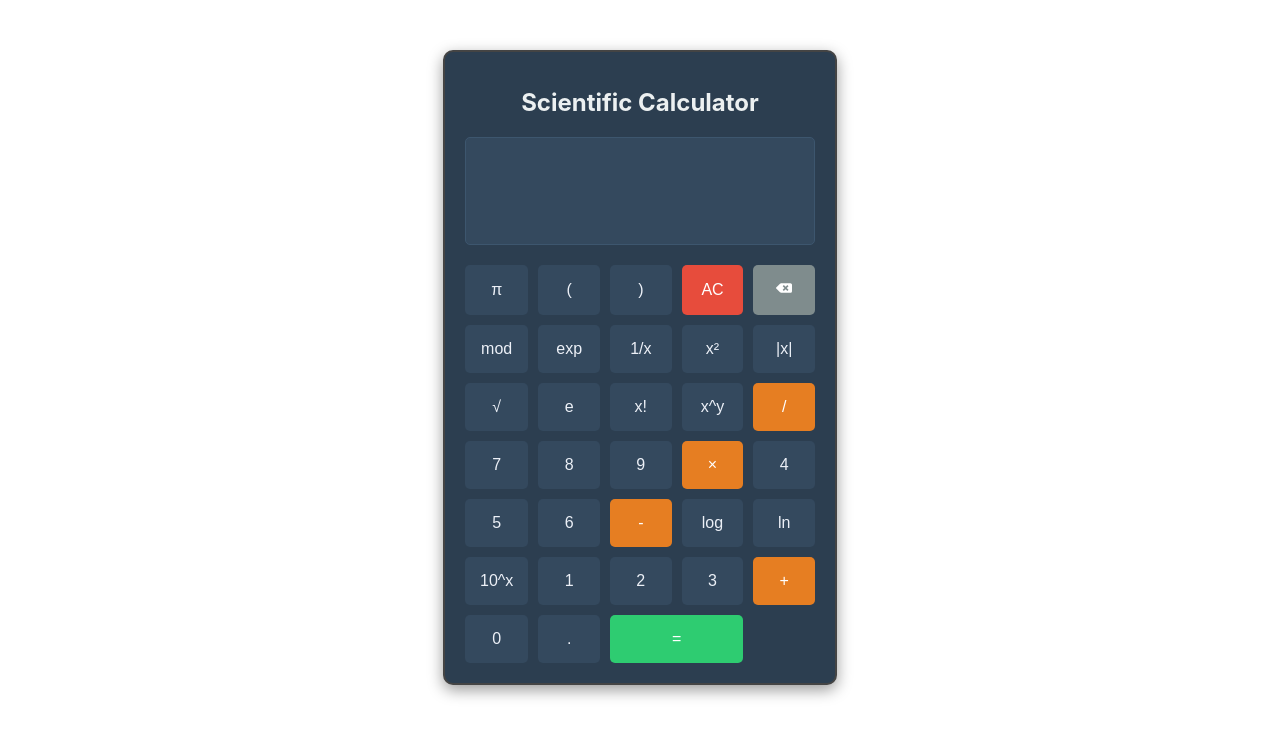
Repository: thesaherriaz/Calculator-React
Page: /
These files come from the project's save history. The page is drawn as it stood at one moment and after a run of saves; the edit follows.
The browser window is 1280 px wide. The pictures show the whole page.
The project was rebuilt for these pictures with package versions that can differ from the ones it lists, and the page was loaded fresh each time.

Above is the page before, as saved 2025-06-20 12:46:27.

### public/index.html
<!DOCTYPE html>
<html lang="en">
  <head>
    <meta charset="utf-8" />
    <link rel="icon" href="%PUBLIC_URL%/favicon.ico" />
    <meta name="viewport" content="width=device-width, initial-scale=1" />
    <meta name="theme-color" content="#000000" />
    <meta
      name="description"
      content="Web site created using create-react-app"
    />
    <link rel="apple-touch-icon" href="%PUBLIC_URL%/logo192.png" />
    <link rel="stylesheet" href="https://cdnjs.cloudflare.com/ajax/libs/font-awesome/6.0.0/css/all.min.css">
    <!--
      manifest.json provides metadata used when your web app is installed on a
      user's mobile device or desktop. See https://developers.google.com/web/fundamentals/web-app-manifest/
    -->
    <link rel="manifest" href="%PUBLIC_URL%/manifest.json" />
    <!--
      Notice the use of %PUBLIC_URL% in the tags above.
      It will be replaced with the URL of the `public` folder during the build.
      Only files inside the `public` folder can be referenced from the HTML.

      Unlike "/favicon.ico" or "favicon.ico", "%PUBLIC_URL%/favicon.ico" will
      work correctly both with client-side routing and a non-root public URL.
      Learn how to configure a non-root public URL by running `npm run build`.
    -->
    <title>React App</title>
  </head>
  <body>
    <noscript>You need to enable JavaScript to run this app.</noscript>
    <div id="root"></div>
    <!--
      This HTML file is a template.
      If you open it directly in the browser, you will see an empty page.

      You can add webfonts, meta tags, or analytics to this file.
      The build step will place the bundled scripts into the <body> tag.

      To begin the development, run `npm start` or `yarn start`.
      To create a production bundle, use `npm run build` or `yarn build`.
    -->
  </body>
</html>

### src/App.js
import React from 'react'
import Calculator from './compnents/Calculator'

function App() {
  return (
    <Calculator />
  )
}

export default App

### src/compnents/Calculator.jsx
import React, { useState } from 'react';
import './Calculator.css';
import { FaBackspace } from "react-icons/fa";

function Calculator() {
    const [input, setInput] = useState('');
    const [result, setResult] = useState('');

    const handleClick = (value) => {
        if (value === 'AC') {
            setInput('');
            setResult('');
        } else if (value === 'DEL') {
            setInput(prev => prev.slice(0, -1));
        } else if (value === '=') {
            calculateResult();
        } else if (value === '√') {
            setInput(prev => `Math.sqrt(${prev})`);
        } else if (value === 'x²') {
            setInput(prev => `Math.pow(${prev},2)`);
        } else if (value === 'x^y') {
            setInput(prev => `${prev}^`);
        } else if (value === '1/x') {
            setInput(prev => `1/(${prev})`);
        } else if (value === 'log') {
            setInput(prev => `Math.log10(${prev})`);
        } else if (value === 'ln') {
            setInput(prev => `Math.log(${prev})`);
        } else if (value === 'π') {
            setInput(prev => prev + 'Math.PI');
        } else if (value === 'e') {
            setInput(prev => prev + 'Math.E');
        } else if (value === '10^x') {
            setInput(prev => `Math.pow(10,${prev})`);
        } else if (value === 'x!') {
            setInput(prev => `factorial(${prev})`);
        } else {
            setInput(prev => prev + value);
        }
    };

    const factorial = (n) => {
        if (n < 0) return NaN;
        if (n <= 1) return 1;
        return n * factorial(n - 1);
    };

    const calculateResult = () => {
        try {
            // Replace ^ with ** for exponentiation
            let expression = input.replace(/\^/g, '**');
            // Evaluate the expression
            setResult(eval(expression).toString());
        } catch (error) {
            setResult('Error');
        }
    };

    return (
        <div className="calculator">
            <h1>Scientific Calculator</h1>
            <div className="display">
                <div className="input">{input}</div>
                <div className="result">{result}</div>
            </div>
            <div className="buttons">
                <button onClick={() => handleClick('π')}>π</button>
                <button onClick={() => handleClick('(')}>(</button>
                <button onClick={() => handleClick(')')}>)</button>
                <button onClick={() => handleClick('AC')} className="clear">AC</button>
                <button onClick={() => handleClick('DEL')} className="delete"><FaBackspace /></button>

                <button onClick={() => handleClick('mod')}>mod</button>
                <button onClick={() => handleClick('exp')}>exp</button>
                <button onClick={() => handleClick('1/x')}>1/x</button>
                <button onClick={() => handleClick('x²')}>x²</button>
                <button onClick={() => handleClick('Math.abs()')}>|x|</button>

                <button onClick={() => handleClick('√')}>√</button>
                <button onClick={() => handleClick('e')}>e</button>
                <button onClick={() => handleClick('x!')}>x!</button>
                <button onClick={() => handleClick('x^y')}>x^y</button>
                <button className="operator" onClick={() => handleClick('/')}>/</button>

                <button onClick={() => handleClick('7')}>7</button>
                <button onClick={() => handleClick('8')}>8</button>
                <button onClick={() => handleClick('9')}>9</button>
                <button className="operator" onClick={() => handleClick('*')}>×</button>

                <button onClick={() => handleClick('4')}>4</button>
                <button onClick={() => handleClick('5')}>5</button>
                <button onClick={() => handleClick('6')}>6</button>
                <button className="operator" onClick={() => handleClick('-')}>-</button>

                <button onClick={() => handleClick('log')}>log</button>
                <button onClick={() => handleClick('ln')}>ln</button>
                <button onClick={() => handleClick('10^x')}>10^x</button>

                <button onClick={() => handleClick('1')}>1</button>
                <button onClick={() => handleClick('2')}>2</button>
                <button onClick={() => handleClick('3')}>3</button>
                <button className="operator" onClick={() => handleClick('+')}>+</button>

                <button onClick={() => handleClick('0')}>0</button>
                <button onClick={() => handleClick('.')}>.</button>
                <button className="equals" onClick={() => handleClick('=')}>=</button>
            </div>
        </div>
    );
}

export default Calculator;

### src/compnents/Calculator.css
.calculator {
    width: 350px;
    margin: 50px auto;
    border: 2px solid #444;
    border-radius: 10px;
    padding: 20px;
    background-color: #2c3e50;
    box-shadow: 0 5px 15px rgba(0, 0, 0, 0.4);
    color: white;
}

.calculator h1 {
    text-align: center;
    color: #ecf0f1;
    margin-bottom: 20px;
    font-size: 1.5em;
}

.display {
    background-color: #34495e;
    border: 1px solid #3d566e;
    border-radius: 5px;
    padding: 15px;
    margin-bottom: 20px;
    text-align: right;
    min-height: 70px;
}

.input {
    font-size: 1.2em;
    color: #bdc3c7;
    min-height: 1.2em;
    margin-bottom: 10px;
    word-wrap: break-word;
}

.result {
    font-size: 1.8em;
    font-weight: bold;
    color: #ecf0f1;
    min-height: 1.5em;
    word-wrap: break-word;
}

.buttons {
    display: grid;
    grid-template-columns: repeat(5, 1fr);
    grid-gap: 10px;
}

button {
    padding: 15px;
    font-size: 1em;
    border: none;
    border-radius: 5px;
    background-color: #34495e;
    color: #ecf0f7;
    cursor: pointer;
    transition: all 0.2s;
}

button:hover {
    background-color: #3d566e;
}

button:active {
    transform: scale(0.95);
}

.operator {
    background-color: #e67e22;
    color: white;
}

.operator:hover {
    background-color: #d35400;
}

.clear {
    background-color: #e74c3c;
    color: white;
}

.clear:hover {
    background-color: #c0392b;
}

.delete {
    background-color: #7f8c8d;
    color: white;
}

.delete:hover {
    background-color: #95a5a6;
}

.equals {
    background-color: #2ecc71;
    color: white;
    grid-column: span 2;
}

.equals:hover {
    background-color: #27ae60;
}

/* Scientific buttons
button:nth-child(1),
button:nth-child(2),
button:nth-child(3),
button:nth-child(4),
button:nth-child(5),
button:nth-child(6),
button:nth-child(11),
button:nth-child(12),
button:nth-child(13),
button:nth-child(14),
button:nth-child(19),
button:nth-child(20),
button:nth-child(21) {
    background-color: #3498db;
}

button:nth-child(1):hover,
button:nth-child(2):hover,
button:nth-child(3):hover,
button:nth-child(4):hover,
button:nth-child(5):hover,
button:nth-child(6):hover,
button:nth-child(11):hover,
button:nth-child(12):hover,
button:nth-child(13):hover,
button:nth-child(14):hover,
button:nth-child(19):hover,
button:nth-child(20):hover,
button:nth-child(21):hover {
    background-color: #2980b9;
} */

Loaded but not shown: src/index.js (common file); src/index.css (common file); src/reportWebVitals.js (common file)

After the next 2 saves:
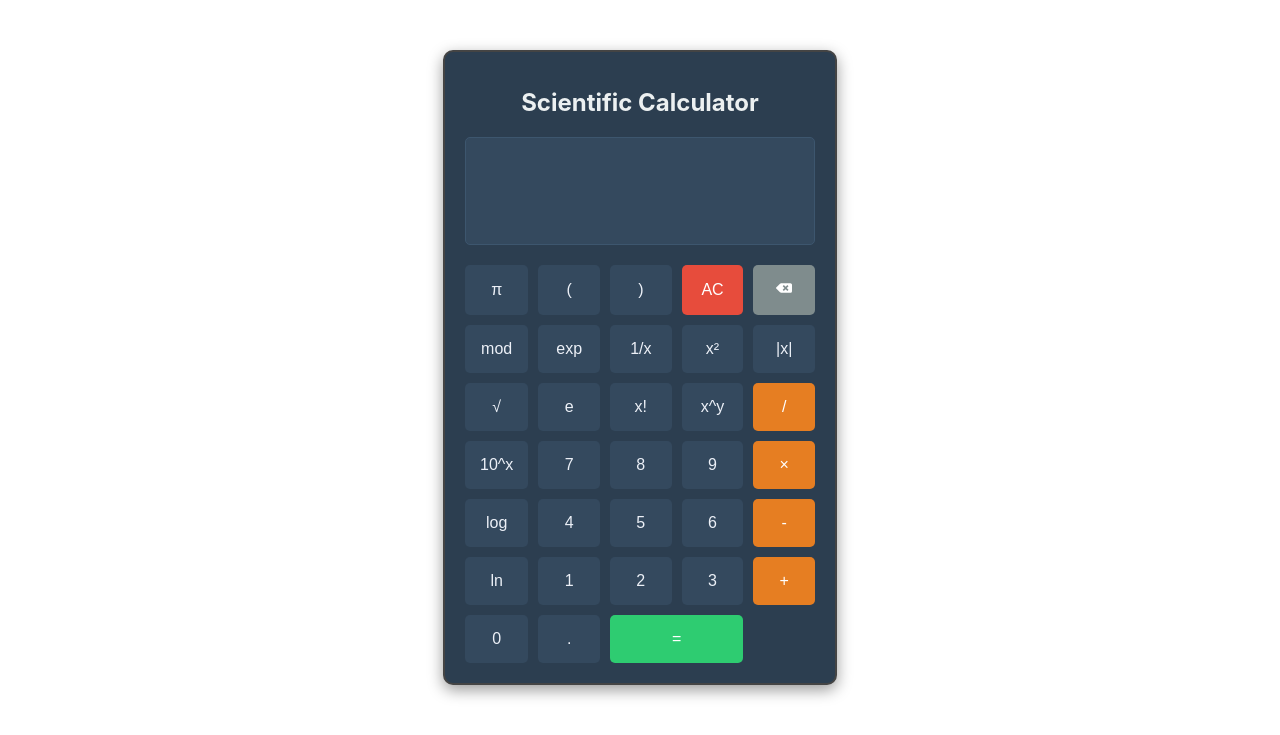
The 2 saves are shown as one change because they came seconds apart.
The last was saved 11 s later.
--- a/src/compnents/Calculator.jsx
+++ b/src/compnents/Calculator.jsx
@@ -82,19 +82,19 @@ function Calculator() {
                 <button onClick={() => handleClick('x^y')}>x^y</button>
                 <button className="operator" onClick={() => handleClick('/')}>/</button>
 
+                <button onClick={() => handleClick('10^x')}>10^x</button>
                 <button onClick={() => handleClick('7')}>7</button>
                 <button onClick={() => handleClick('8')}>8</button>
                 <button onClick={() => handleClick('9')}>9</button>
                 <button className="operator" onClick={() => handleClick('*')}>×</button>
 
+                <button onClick={() => handleClick('log')}>log</button>
                 <button onClick={() => handleClick('4')}>4</button>
                 <button onClick={() => handleClick('5')}>5</button>
                 <button onClick={() => handleClick('6')}>6</button>
                 <button className="operator" onClick={() => handleClick('-')}>-</button>
 
-                <button onClick={() => handleClick('log')}>log</button>
                 <button onClick={() => handleClick('ln')}>ln</button>
-                <button onClick={() => handleClick('10^x')}>10^x</button>
 
                 <button onClick={() => handleClick('1')}>1</button>
                 <button onClick={() => handleClick('2')}>2</button>
